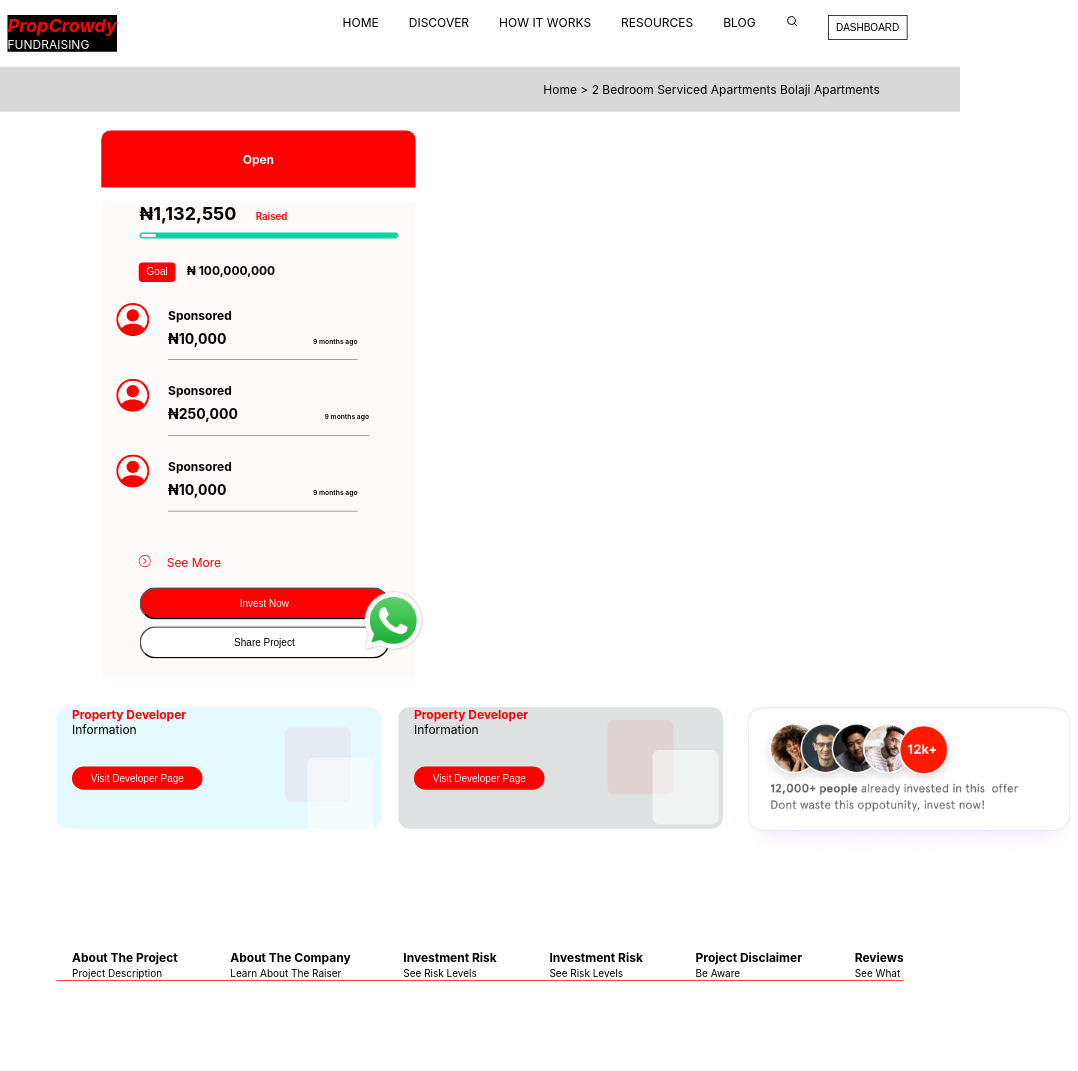
Repository: uh-sman/Popcrowdy
Page: /
The author's editor kept a copy of each file at every save. The page is drawn from the files as they stood at one save, then again after the next save.
The browser window is 1280 px wide. The page is 1437 px wide, so the pictures cover 1437 px, including what lies to the right of the window. The pictures show the whole page, at 75% of full size.
The project was rebuilt for these pictures with package versions that can differ from the ones it lists, and the page was loaded fresh each time. Also part of the build but not shown: src/components/Section/carousel.css, src/components/Section/Carousel.js.

Above is the page before, as saved 2022-11-15 07:00:08.

### src/App.js
import CarouselDemo from "./components/Section/Carousel";
import "./App.css";
import { Navbar, Hero } from "./components";
import Scroll from "./components/Section/Scroll";
import SubCard from "./components/Section/SubCard";
import SubNav from "./components/SubNav";

function App() {
  return (
    <div className="App">
      <Navbar />
      <SubNav />
      <Hero />
      <SubCard />
      <Scroll />
      {/* <CarouselDemo /> */}
    </div>
  );
}

export default App;

### src/App.css
* {
  text-decoration: none;
  list-style: none;
  padding: 0px;
  margin: 0;
  box-sizing: border-box;
  /* overflow: hidden; */
}

### src/components/index.js
export { default as Navbar } from "./Navbar";
export { default as Hero } from "./Section/Hero";
// export { default as Card } from "./Section/Card";

### src/components/Section/Scroll.js
import React from "react";
import { scroll } from "./data";
import "./scroll.css";
const Scroll = () => {
  return (
    <div>
      <div className="scrollContainer">
        {scroll.map(({ title, subtext, id }) => {
          return (
            <div key={id} className="texts">
              <h4>{title}</h4>
              <small>{subtext}</small>
            </div>
          );
        })}
      </div>
    </div>
  );
};

export default Scroll;
{
  /* <div className="inner-border">
  <div className="content">
    <h4>{title}</h4>
    <small>{subtext}</small>
  </div>
</div>; */
}

### src/components/Section/SubCard.jsx
import React from "react";
import img1 from "../assets/Group.png";
import img2 from "../assets/Rectangle44.png";
import group from "../assets/Group2.png";
import "./subcard.css";
const SubCard = () => {
  return (
    <div className="subcard-container">
      <div className="subcard">
        <div
          style={{
            backgroundColor: "#E4FAFF",
            borderRadius: "15px",
            height: "162px",
          }}
        >
          <div className="texts">
            <h4 style={{ color: "red", width: "412px" }}>Property Developer</h4>
            <p>Information</p>
            <button className="button" style={{ marginTop: "39px" }}>
              Visit Developer Page
            </button>
          </div>
          <div className="box">
            <img src={img1} className="box3" />
            <img src={img2} className="box4" />
          </div>
        </div>
        <div
          style={{
            backgroundColor: "#DEE1E2",
            borderRadius: "15px",
            height: "162px",
          }}
        >
          <div style={{ display: "flex" }}>
            <div className="texts">
              <h4 style={{ color: "red", width: "412px" }}>
                Property Developer
              </h4>
              <p>Information</p>
              <button className="button" style={{ marginTop: "39px" }}>
                Visit Developer Page
              </button>
            </div>
            {/*  */}
            <div className="box-gray">
              <img src={img1} className="box1" />
              <img src={img2} className="box2" />
            </div>
          </div>
        </div>
        <div className="group">
          <img src={group} />
        </div>
      </div>
    </div>
  );
};

export default SubCard;
// height: "162px";

### src/components/SubNav.jsx
import React from "react";

const SubNav = () => {
  return (
    <div className="subnav-container" style={{ marginBottom: "25px" }}>
      <div style={{ background: "#D9D9D9 50%", width: "100%", height: "60px" }}>
        <p
          style={{
            paddingTop: "20px",
            display: "flex",
            justifyContent: "flex-end",
            marginRight: "107px",
          }}
        >
          Home {">"} 2 Bedroom Serviced Apartments Bolaji Apartments
        </p>
      </div>
    </div>
  );
};

export default SubNav;

### src/components/Navbar.jsx
import React, { useState } from "react";
import "./navbar.css";
import { FiSearch } from "react-icons/fi";
import { sidebar } from "./Section/data";
import { GiHamburgerMenu } from "react-icons/gi";
const Navbar = () => {
  const [isOpen, setIsOpen] = useState(false);
  return (
    <div style={{}}>
      <nav>
        <div className="navbar-container">
          <div style={{ backgroundColor: "black" }}>
            <h1>
              <p style={{ color: "red" }}>
                <i>PropCrowdy</i>
              </p>
            </h1>
            <p style={{ color: "white" }}>FUNDRAISING</p>
          </div>
          <div>
            <ul className="nav-list">
              <li>HOME</li>
              <li>DISCOVER</li>
              <li>HOW IT WORKS</li>
              <li>RESOURCES</li>
              <li>BLOG</li>
              <FiSearch />
              <button className="btn">DASHBOARD</button>
            </ul>
          </div>
          <div className="container">
            {isOpen ? (
              <div className="sidebar">
                <div className="sidebar-container">
                  <div
                    className="close-menu "
                    onClick={() => setIsOpen(!isOpen)}
                  >
                    X
                  </div>
                  {sidebar.map(({ title, button, id }) => {
                    return (
                      <ul className="sidebar-list" key={id}>
                        <li>{title}</li>
                      </ul>
                    );
                  })}
                </div>
                <FiSearch className="search" />
                <button title="DASHBOARD" className="sidebar-btn">
                  DASHBOARD
                </button>
              </div>
            ) : (
              <GiHamburgerMenu
                style={{ marginRight: "50px" }}
                onClick={(e) => setIsOpen(!isOpen)}
              />
            )}
          </div>
        </div>
      </nav>
    </div>
  );
};

export default Navbar;

### src/components/Section/Hero.jsx
import React, { useState } from "react";
import "./hero.css";
import { Carousel } from "react-responsive-carousel";

import Card from "./Card";
import CarouselDemo from "./Carousel";
const Hero = () => {
  const [selected, setIsSelected] = useState(false);
  const [isSelected, setSelected] = useState(false);
  //    document.getElementById("select");
  if (selected) {
    // show the current image
    console.log("hello");
  } else {
    console.log("not selected");
  }
  return (
    <div className="hero-container">
      <div className="flexed-card">
        <div>{/* <CarouselDemo /> */}</div>
        <div className="card">
          {" "}
          <Card />{" "}
        </div>
      </div>
    </div>
  );
};

export default Hero;
{
  /* <div>
  <div style={{ marginBottom: "57px" }}>
    <p style={{ color: "red" }}>Hazrat Concept</p>
    <h1 style={{ fontWeight: "900px" }}>2 Bedroom Serviced Apartments</h1>
  </div>
  <div id="select" value={selected} onClick={(e) => setIsSelected(!selected)}>
    <img src={img1} />
  </div>
  <div style={{ marginTop: "16px" }}>
    <div className="sub-card"></div>
  </div>
</div>; */
}

### src/components/Section/data.js
import img from "../assets/Progressbar.png";
export const data = [
  {
    id: 1,
    title: "Sponsored",
    amount: "₦10,000",
    link: "https://img.icons8.com/material-sharp/2x/user-male-circle.png",
    date: "9 months ago",
  },
  {
    id: 2,
    title: "Sponsored",
    amount: "₦250,000",
    link: "https://img.icons8.com/material-sharp/2x/user-male-circle.png",
    date: "9 months ago",
  },
  {
    id: 3,
    title: "Sponsored",
    amount: "₦10,000",
    link: "https://img.icons8.com/material-sharp/2x/user-male-circle.png",
    date: "9 months ago",
  },
];

export const sidebar = [
  {
    id: "HOME",
    title: "HOME",
  },
  {
    id: "DISCOVER",
    title: "DISCOVER",
  },
  {
    id: "HOW IT WORKS",
    title: "HOW IT WORKS",
  },
  {
    id: "RESOURCES",
    title: "RESOURCES",
  },
  {
    id: "BLOG",
    title: "BLOG",
  },
  {
    id: "DASHBOARD",
    button: "DASHBOARD",
  },
];
export const amount = [
  {
    raise: "₦1,132,550",
    id: "raise",
    subtext: "Raised",
    goal: "₦ 100,000,000",
    image: img,
    text: "Goal",
  },
];
export const scroll = [
  {
    id: 1,
    title: "About The Project",
    subtext: "Project Description",
  },
  {
    id: 2,
    title: "About The Company",
    subtext: "Learn About The Raiser",
  },
  {
    id: 3,
    title: "Investment Risk",
    subtext: "See Risk Levels",
  },
  {
    id: 4,
    title: "Investment Risk",
    subtext: "See Risk Levels",
  },
  {
    id: 5,
    title: "Project Disclaimer",
    subtext: "Be Aware",
  },
  {
    id: 6,
    title: "Reviews",
    subtext: "See What",
  },
];

### src/components/Section/scroll.css
.scrollContainer {
  margin: 120px 75px;
  display: flex;
  overflow-x: auto;
  /* gap: 200px; */
  justify-content: space-between;
  border-bottom: 1px solid red;
  /* gap: 55px; */
}
/* .texts{
  m
} */
/* .content,
.outer-border {
  width: 240px;
  height: 150px;
  text-align: justify;
  background-color: green;
  color: white;
  padding-left: 10px;
  padding-right: 10px;
}
.outer-border {
  border: 2px solid black;
  position: relative;
  overflow: hidden;
}
.inner-border {
  position: absolute;
  left: 0;
  overflow-y: hidden;
  overflow-x: scroll;
}
.inner-border::-webkit-scrollbar {
  display: none;
} */

### src/components/Section/subcard.css
.button {
  padding: 8px 25px;
  background-color: red;
  color: white;
  border-radius: 47px;
  border: none;
}
.texts {
  margin-left: 21px;
}
.box {
  /* margin-top: 61px;
  top:1400px;*/
  position: absolute;
  top: 120px;
  left: 10px;
  /* margin-left: 25px; */
}
.box-gray {
  /* margin-top: 61px;
  top:1400px;*/
  position: absolute;
  top: 120px;
  left: 10px;
  /* margin-left: 25px; */
}
.box2 {
  /* margin-left: -50px;
  margin-top: 50px; */
  position: absolute;
  /* position: inherit; */
  width: 88px;
  height: 99px;
  margin-top: 40px;
  left: 860px;
  top: 840px;
}
.box3 {
  /* margin-left: -50px;
  margin-top: 50px; */
  position: absolute;
  /* position: inherit; */
  width: 88px;
  height: 99px;
  left: 370px;
  top: 850px;
}
.box1 {
  /* margin-left: -50px;
  margin-top: 50px; */
  position: absolute;
  /* position: inherit; */
  width: 88px;
  height: 99px;
  left: 800px;

  top: 840px;
}
.box4 {
  /* margin-left: -50px;
  margin-top: 50px; */
  /* position: absolute; */
  position: inherit;
  width: 88px;
  height: 99px;
  left: 400px;
  top: 890px;
}
@media only screen and (min-width: 200px) and (max-width: 950px) {
  .subcard {
    /* flex-direction: column; */
  }
  .box {
    /* width: fit-content; */
    position: absolute;
  }
  .box-gray {
    position: absolute;
  }
}
@media only screen and (max-width: 960px) {
  .group {
    display: block;
  }
  .subcard {
    /* display: block; */
    flex-direction: column;
  }
}
@media only screen and (max-width: 960px) {
}
.subcard {
  display: flex;
  /* display: grid; */
  /* grid-template-columns: 1fr 1fr 1fr; */
  /* grid-template-rows: 100px; */
  /* grid-gap: 23px; */
  gap: 23px;
  margin-left: 75px;
  margin-top: 37px;
}

### src/components/navbar.css
.navbar-container {
  display: flex;
  justify-content: space-between;
  margin: 20px 10px;
}
.nav-list {
  display: flex;
  gap: 40px;
  margin-right: 60px;
}
.btn {
  background-color: white;
  border: 1px solid black;
  padding: 8px 10px;
  font-weight: 500;
}
@media only screen and (min-width: 200px) and (max-width: 950px) {
  .nav-list {
    flex-direction: column;
    display: none;
  }
}
@media only screen and (min-width: 960px) and (max-width: 1650px) {
  .container {
    display: none;
  }
}
.sidebar {
  background: gray;
  position: absolute;
  top: 0px;
  line-height: 70px;
  right: 0;
  /* left: 700px; */
  z-index: 100;
  width: 30%;
  height: 100%;
}
.close-menu {
  font-weight: 900;
  /* position: absolute; */
  display: flex;
  justify-content: flex-end;
  margin-right: 40px;
  right: 20px;
  top: 0;
}
.sidebar-list {
  /* border-bottom: 1px solid white; */
  /* margin-left: 20px; */
  text-align: center;
}
.sidebar-btn {
  background-color: white;
  border: 1px solid black;
  padding: 8px 10px;
  font-weight: 500;
  display: flex;
  justify-content: center;
  margin: auto;
}
.search {
  /* background-color: white;
  border: 1px solid black; */
  /* padding: 8px 10px; */
  /* font-weight: 500; */
  display: flex;
  justify-content: center;
  margin: auto;
  margin-bottom: 20px;
}

### src/components/Section/hero.css
.hero-container {
  margin-left: 73px;
}
.sub-card {
  display: flex;
  gap: 16px;
}
.flexed-card {
  display: flex;
  gap: 62px;
}
@media only screen and (min-width: 200px) and (max-width: 950px) {
  .flexed-card {
    display: block;
  }
}
.card {
  display: flex;
  justify-content: flex-start;
}

### src/components/Section/Card.jsx
import React from "react";
import { data } from "./data";
import { amount } from "./data";
// import img from "../assets/Progressbar.png";
import logo from "../assets/WhatsApp 1.png";
import { BsPersonCircle } from "react-icons/bs";
import { TfiArrowCircleRight } from "react-icons/tfi";
import "./card.css";
const Card = () => {
  return (
    <div>
      <div>
        <div className="red">
          <h4>Open</h4>
        </div>
        <div className="card-content">
          <div>
            {amount.map(({ id, raise, subtext, image, goal, text }) => {
              return (
                <div key={id}>
                  <h2 style={{ marginLeft: "51px", marginTop: "20px" }}>
                    {raise} <span className="subtext">{subtext}</span>
                  </h2>
                  <img src={image} className="rectangle" />
                  <div className="goal">
                    <button className="btns">{text}</button>
                    <h4>{goal}</h4>
                  </div>
                </div>
              );
            })}
          </div>
          {data.map(({ title, id, amount, date }) => {
            return (
              <div key={id}>
                <div className="card-items">
                  <div>
                    <BsPersonCircle className="image-style" />
                  </div>
                  <div className="" style={{ marginBottom: "25px" }}>
                    <h4>{title}</h4>
                    <h3 className="border">
                      {amount} <span className="date">{date}</span>
                    </h3>
                  </div>
                </div>
              </div>
            );
          })}
          <p className="seemore">
            <TfiArrowCircleRight />
            <span style={{ marginLeft: "21.05px" }}>See More</span>
          </p>
          <div className="button-class">
            <div className="logo">
              <img src={logo} />
            </div>
            <button className="card-buttons1">Invest Now </button>
            <button className="card-buttons2">Share Project </button>
          </div>
        </div>
      </div>
    </div>
  );
};

export default Card;

### src/components/Section/card.css
.red {
  background-color: red;
  height: 75.9189224243164px;
  width: 419px;
  left: 963px;
  top: 242px;
  /* border-radius: 12px; */
  border-top-left-radius: 12px;
  border-top-right-radius: 12px;

  text-align: center;
  justify-content: center;
  align-items: center;
  display: flex;
  color: white;
}

.card-items {
  display: flex;
  flex-direction: row;
  margin-left: 20px;
  gap: 25px;
  line-height: 32px;
  /* border-bottom: 1px solid gray; */
}
.subtext {
  font-size: 13px;
  line-height: 16.6px;
  font-weight: 600;
  margin-left: 20px;
  color: red;
}
.card-content {
  /* background-color: rgb(167, 117, 117); */
  background: #fffafa;
  /* border: 1px solid gray; */
  /* border-top-left-radius: 12px;
  border-top-right-radius: 12px; */
  /* border-radius: 12px; */
}
.image-style {
  height: 44.099998474121094px;
  width: 44.099998474121094px;
  left: 0.45001220703125px;
  top: 0.45001220703125px;
  border-radius: 0px;
  color: #ff0000;
}
.date {
  font-size: 9px;
  line-height: 11.19px;
  font-weight: 600;
  margin-left: 111px;
}
.rectangle {
  margin-top: 11px;
  margin-left: 51px;
}
.card-buttons1 {
  height: 43.249427795410156px;
  width: 333.0001525878906px;
  left: 0px;
  top: 0px;
  border-radius: 47px;
  background: #ff0000;
  color: white;
}
.card-buttons2 {
  height: 43.249427795410156px;
  width: 333.0001525878906px;
  left: 0px;
  top: 0px;
  border-radius: 47px;
  background: #ffff;
  margin-bottom: 27.75px;
}
.border {
  padding-bottom: 11px;
  border-bottom: 1px solid gray;
}
.seemore {
  /* margin: 32.64px 50.19px; */
  margin-top: 32.64px;
  margin-bottom: 23.19px;
  margin-left: 50.19px;
  color: red;
}
.button-class {
  display: flex;
  flex-direction: column;
  gap: 8.75px;
  margin-left: 51px;
}
.logo {
  position: absolute;
  left: 480px;
}
.btns {
  height: 26px;
  width: 49px;
  background: #ff0000;
  border-radius: 5px;
  display: flex;
  align-items: center;
  justify-content: center;
  color: #ffff;
  border: none;
}
.goal {
  margin: 28px 50px;
  display: flex;
  gap: 15px;
}
@media only screen and (min-width: 200px) and (max-width: 950px) {
  .logo {
    left: 420px;
  }
}

Loaded but not shown: public/index.html (common file); src/index.js (common file); src/index.css (common file)

After the next save:
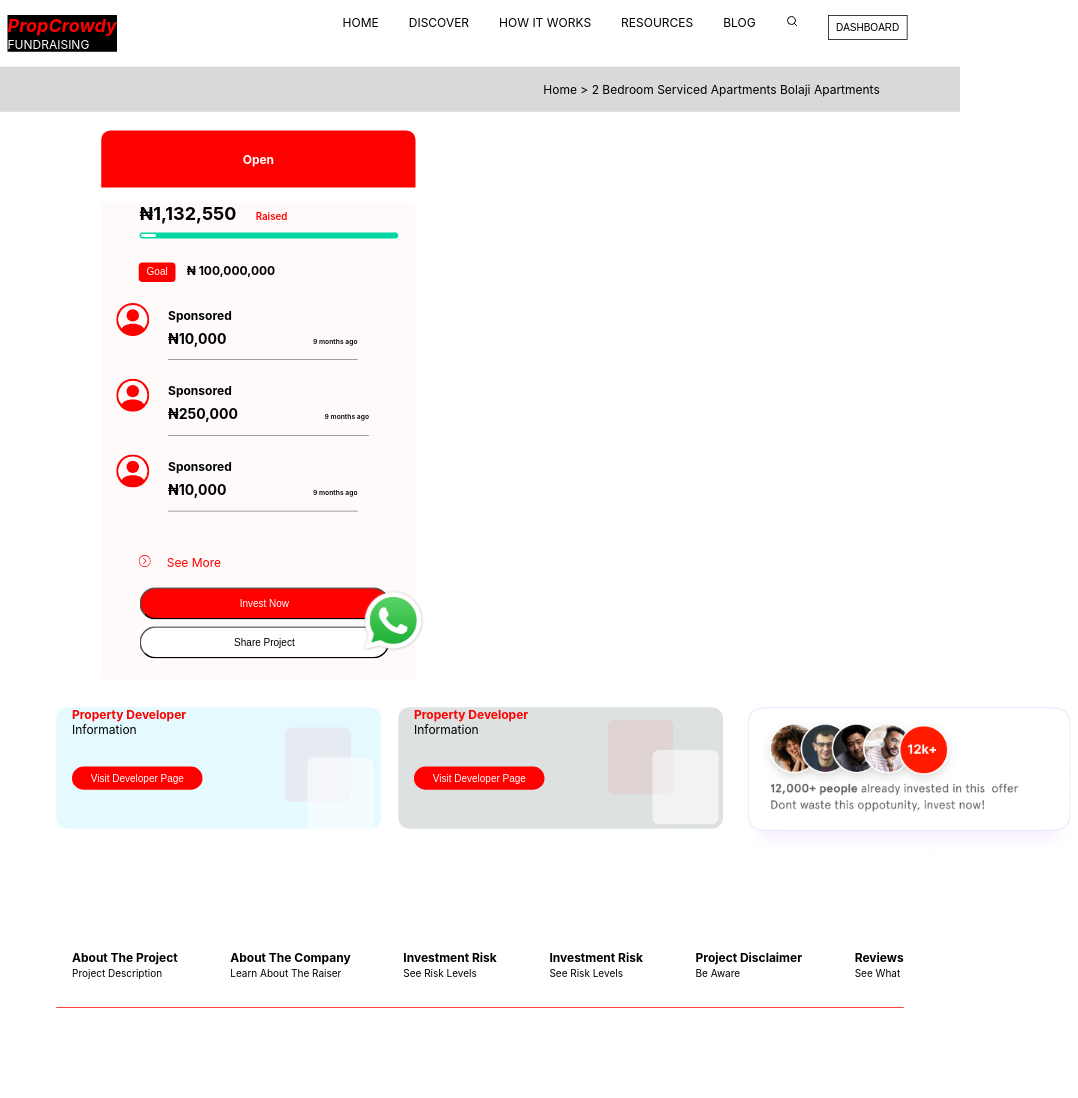
Saved 60 s later.
--- a/src/components/Section/scroll.css
+++ b/src/components/Section/scroll.css
@@ -7,9 +7,9 @@
   border-bottom: 1px solid red;
   /* gap: 55px; */
 }
-/* .texts{
-  m
-} */
+.texts {
+  margin-bottom: 36px;
+}
 /* .content,
 .outer-border {
   width: 240px;
